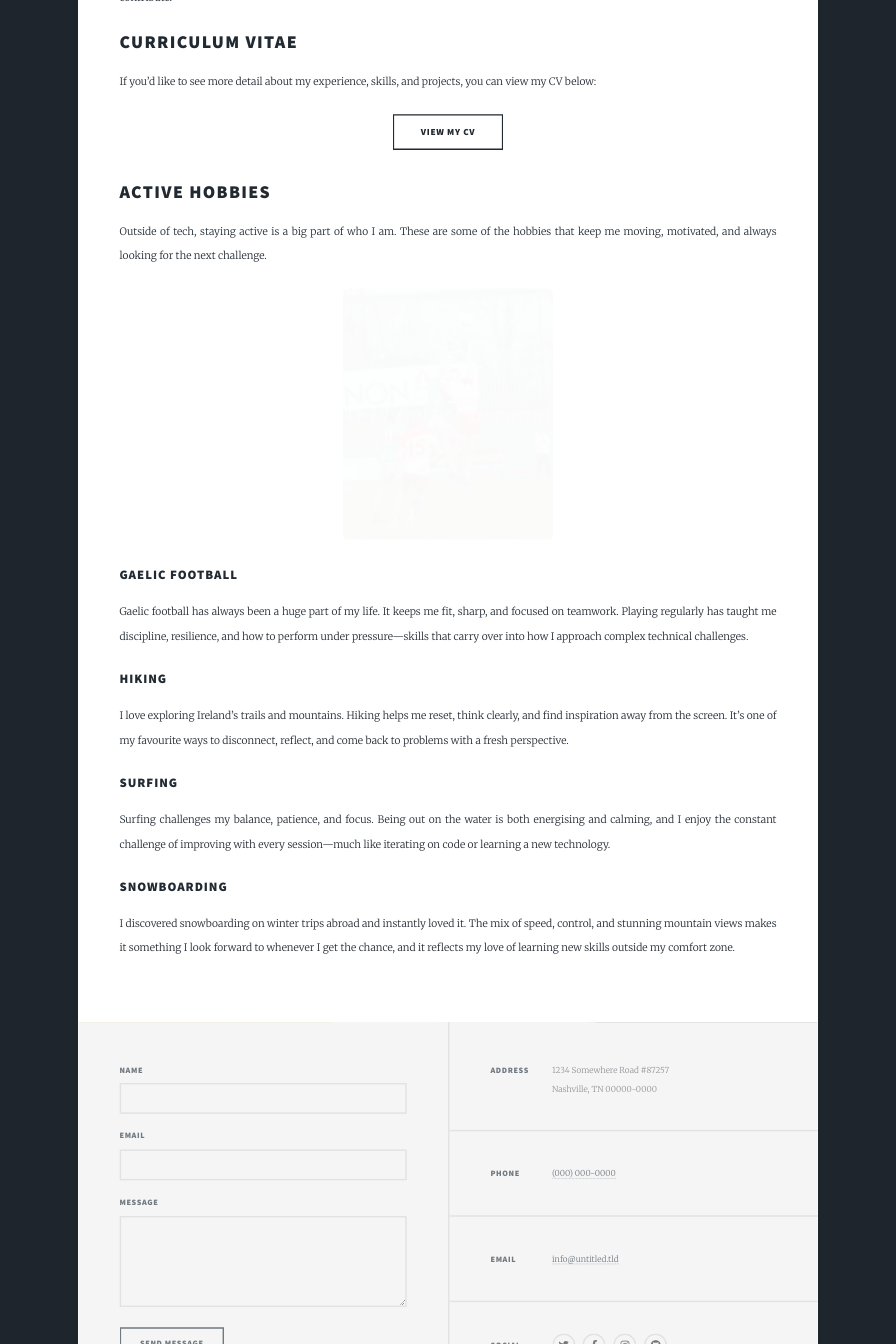
Repository: ciaranscan6/PersonalWebsite
Page: about-me.html
The author's editor kept a copy of each file at every save. The page is drawn from the files as they stood at one save, then again after the next save.
The browser window is 1280 px wide. The pictures show the part of the page from y = 1403 to 3323 px (the page is 3537 px tall before and 3213 px after), at 70% of full size.

Above is the page before, as saved 2025-11-22 02:07:05.

### about-me.html
<!DOCTYPE HTML>
<!--
	Massively by HTML5 UP
	html5up.net | @ajlkn
	Free for personal and commercial use under the CCA 3.0 license (html5up.net/license)
-->
<html>
	<head>
		<title>About Me</title>
		<meta charset="utf-8" />
		<meta name="viewport" content="width=device-width, initial-scale=1, user-scalable=no" />
		<link rel="stylesheet" href="assets/css/main.css" />
		<noscript><link rel="stylesheet" href="assets/css/noscript.css" /></noscript>

		<!-- Small custom styles for the hobbies section -->
		<style>
			/* Existing custom styles (if any) can stay above or below */

			.hobbies {
				margin-top: 3rem;
			}

			.hobby-rotator-wrapper {
				max-width: 300px;     /* control size here */
				margin: 0 auto 2rem;  /* center + space under */
			}

			.hobby-rotator-wrapper img {
				width: 100%;
				border-radius: 0.5rem;
			}

			/* Fade animation */
			#hobby-rotator {
				opacity: 1;
				transition: opacity 0.5s ease;
			}

			#hobby-rotator.fade-out {
				opacity: 0;
			}
		</style>

	</head>
	<body class="is-preload">

		<!-- Wrapper -->
			<div id="wrapper">

				<!-- Header -->
					<header id="header">
						<a href="index.html" class="logo">Ciarán Scanlon</a>
					</header>

				<!-- Nav -->
					<nav id="nav">
						<ul class="links">
							<li><a href="index.html">Projects</a></li>
							<li class="active"><a href="about-me.html">About Me</a></li>
							<li><a href="elements.html">Elements Reference</a></li>
						</ul>
						<ul class="icons">
							<li><a href="#" class="icon brands fa-linkedin"><span class="label">LinkedIn</span></a></li>
							<li><a href="#" class="icon brands fa-facebook-f"><span class="label">Facebook</span></a></li>
							<li><a href="#" class="icon brands fa-instagram"><span class="label">Instagram</span></a></li>
							<li><a href="#" class="icon brands fa-github"><span class="label">GitHub</span></a></li>
						</ul>
					</nav>

				<!-- Main -->
					<div id="main">

						<!-- Post -->
							<section class="post">
								<header class="major">
									<span class="date">November 21, 2025</span>
									<h1>A Bit About Me</h1>
									<p>
										I’m a 23-year-old Computer Science graduate from University College Dublin, originally from Longford, Ireland.
										I’m outgoing, adventurous, and love solving real-world problems with technology.
									</p>
								</header>

								<!-- Main portrait / banner image -->
								<div class="image main">
									<img src="images/pic01.jpg" alt="Photo of Ciarán Scanlon" />
								</div>

								<!-- About Me Content -->
								<p>
									I studied Computer Science at <strong>University College Dublin (UCD)</strong>, where I developed a strong foundation in
									software development, problem solving, and working with others on challenging projects. I’m particularly interested in
									<strong>cybersecurity</strong>, <strong>sustainability</strong>, and building software that can make a meaningful difference
									to people and the planet.
								</p>

								<p>
									I enjoy working on projects where I can learn quickly, think creatively, and collaborate with others. Whether it’s
									designing secure systems, improving user experiences, or experimenting with new technologies, I’m always looking for
									opportunities to grow and contribute.
								</p>

								<!-- CV Button -->
								<section>
									<h2>Curriculum Vitae</h2>
									<p>
										If you’d like to see more detail about my experience, skills, and projects, you can view my CV below:
									</p>
									<ul class="actions special">
										<li>
											<a href="files\Ciarán_Scanlon_CV.pdf" target="_blank" class="button large">
												View My CV
											</a>
										</li>
									</ul>
								</section>

								<!-- Hobbies: Four mini slideshows -->
								<section class="hobbies">
									<h2>Active Hobbies</h2>
									<p>
										Outside of tech, staying active is a big part of who I am. These are some of the hobbies that keep me moving,
										motivated, and always looking for the next challenge.
									</p>

									<!-- Single rotating image, smaller and centered -->
									<div class="hobby-rotator-wrapper">
										<span class="image fit">
											<img id="hobby-rotator" src="images/hobbies/gaelic1.png" alt="Hobby slideshow" />
										</span>
									</div>

									<!-- Hobby descriptions (static text) -->
									<article class="hobby">
										<h3>Gaelic Football</h3>
										<p>
											Gaelic football has always been a huge part of my life. It keeps me fit, sharp, and focused on teamwork. Playing
											regularly has taught me discipline, resilience, and how to perform under pressure—skills that carry over into how
											I approach complex technical challenges.
										</p>
									</article>

									<article class="hobby">
										<h3>Hiking</h3>
										<p>
											I love exploring Ireland’s trails and mountains. Hiking helps me reset, think clearly, and find inspiration away
											from the screen. It’s one of my favourite ways to disconnect, reflect, and come back to problems with a fresh
											perspective.
										</p>
									</article>

									<article class="hobby">
										<h3>Surfing</h3>
										<p>
											Surfing challenges my balance, patience, and focus. Being out on the water is both energising and calming, and I
											enjoy the constant challenge of improving with every session—much like iterating on code or learning a new
											technology.
										</p>
									</article>

									<article class="hobby">
										<h3>Snowboarding</h3>
										<p>
											I discovered snowboarding on winter trips abroad and instantly loved it. The mix of speed, control, and stunning
											mountain views makes it something I look forward to whenever I get the chance, and it reflects my love of
											learning new skills outside my comfort zone.
										</p>
									</article>
								</section>

							</section>

					</div>

				<!-- Footer -->
					<footer id="footer">
						<section>
							<form method="post" action="#">
								<div class="fields">
									<div class="field">
										<label for="name">Name</label>
										<input type="text" name="name" id="name" />
									</div>
									<div class="field">
										<label for="email">Email</label>
										<input type="text" name="email" id="email" />
									</div>
									<div class="field">
										<label for="message">Message</label>
										<textarea name="message" id="message" rows="3"></textarea>
									</div>
								</div>
								<ul class="actions">
									<li><input type="submit" value="Send Message" /></li>
								</ul>
							</form>
						</section>
						<section class="split contact">
							<section class="alt">
								<h3>Address</h3>
								<p>1234 Somewhere Road #87257<br />
								Nashville, TN 00000-0000</p>
							</section>
							<section>
								<h3>Phone</h3>
								<p><a href="#">(000) 000-0000</a></p>
							</section>
							<section>
								<h3>Email</h3>
								<p><a href="#">info@untitled.tld</a></p>
							</section>
							<section>
								<h3>Social</h3>
								<ul class="icons alt">
									<li><a href="#" class="icon brands alt fa-twitter"><span class="label">Twitter</span></a></li>
									<li><a href="#" class="icon brands alt fa-facebook-f"><span class="label">Facebook</span></a></li>
									<li><a href="#" class="icon brands alt fa-instagram"><span class="label">Instagram</span></a></li>
									<li><a href="#" class="icon brands alt fa-github"><span class="label">GitHub</span></a></li>
								</ul>
							</section>
						</section>
					</footer>

				<!-- Copyright -->
					<div id="copyright">
						<ul><li>&copy; Untitled</li><li>Design: <a href="https://html5up.net">HTML5 UP</a></li></ul>
					</div>

			</div>

		<!-- Scripts -->
			<script src="assets/js/jquery.min.js"></script>
			<script src="assets/js/jquery.scrollex.min.js"></script>
			<script src="assets/js/jquery.scrolly.min.js"></script>
			<script src="assets/js/browser.min.js"></script>
			<script src="assets/js/breakpoints.min.js"></script>
			<script src="assets/js/util.js"></script>
			<script src="assets/js/main.js"></script>

			<!-- JS: mini-slideshows for each hobby -->
			<script>
				document.addEventListener('DOMContentLoaded', function () {
					const imgElement = document.getElementById("hobby-rotator");
					if (!imgElement) return; // safety check

					const images = [
						"images/hobbies/gaelic1.png",
						"images/hobbies/gaelic2.jpg",
						"images/hobbies/hiking1.jpg",
						"images/hobbies/hiking2.jpg",
						"images/hobbies/surf1.jpg",
						"images/hobbies/surf2.jpg",
						"images/hobbies/snow1.jpg",
						"images/hobbies/snow2.jpg"
					];

					let current = 0;

					function rotateImages() {
						// apply fade-out
						imgElement.classList.add("fade-out");

						setTimeout(() => {
							// move to next image
							current = (current + 1) % images.length;
							imgElement.src = images[current];
							// remove fade-out to fade back in
							imgElement.classList.remove("fade-out");
						}, 500); // match the CSS transition time
					}

					// Start rotating every 3 seconds
					setInterval(rotateImages, 6000);
				});
			</script>



	</body>
</html>

Loaded but not shown: assets/js/jquery.min.js (library); assets/js/jquery.scrollex.min.js (common file); assets/js/jquery.scrolly.min.js (common file); assets/js/browser.min.js (common file); assets/js/breakpoints.min.js (common file); assets/css/fontawesome-all.min.css (library); assets/js/util.js (587 lines, source omitted); assets/js/main.js (258 lines, source omitted); assets/css/main.css (4689 lines, source omitted)

After the next save:
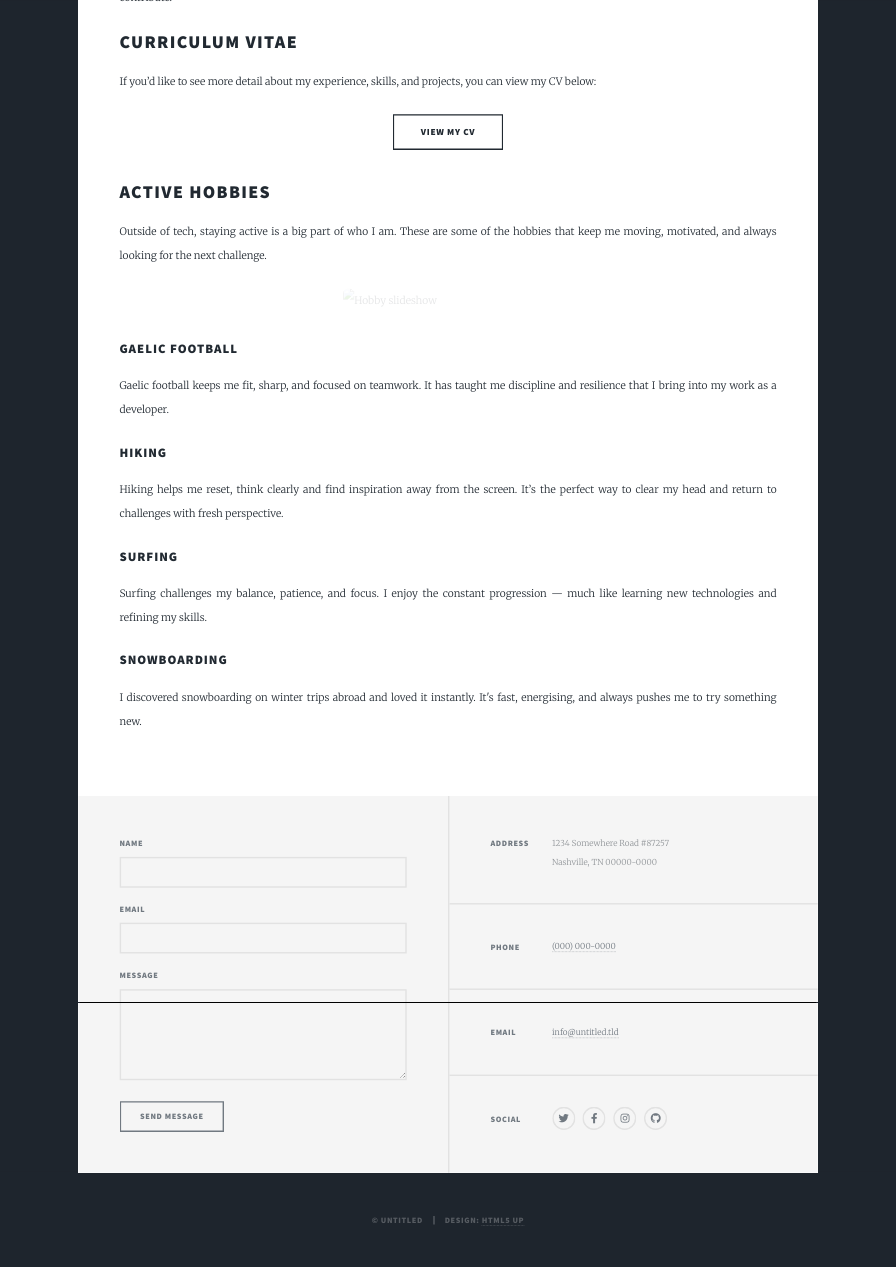
Not found: images/gaelic1.jpg
Saved 10 min 5 s later.
--- a/about-me.html
+++ b/about-me.html
@@ -126,47 +126,48 @@
 									<!-- Single rotating image, smaller and centered -->
 									<div class="hobby-rotator-wrapper">
 										<span class="image fit">
-											<img id="hobby-rotator" src="images/hobbies/gaelic1.png" alt="Hobby slideshow" />
+											<img id="hobby-rotator" src="images/gaelic1.jpg" alt="Hobby slideshow" />
 										</span>
 									</div>
 
-									<!-- Hobby descriptions (static text) -->
-									<article class="hobby">
-										<h3>Gaelic Football</h3>
-										<p>
-											Gaelic football has always been a huge part of my life. It keeps me fit, sharp, and focused on teamwork. Playing
-											regularly has taught me discipline, resilience, and how to perform under pressure—skills that carry over into how
-											I approach complex technical challenges.
-										</p>
-									</article>
-
-									<article class="hobby">
-										<h3>Hiking</h3>
-										<p>
-											I love exploring Ireland’s trails and mountains. Hiking helps me reset, think clearly, and find inspiration away
-											from the screen. It’s one of my favourite ways to disconnect, reflect, and come back to problems with a fresh
-											perspective.
-										</p>
-									</article>
-
-									<article class="hobby">
-										<h3>Surfing</h3>
-										<p>
-											Surfing challenges my balance, patience, and focus. Being out on the water is both energising and calming, and I
-											enjoy the constant challenge of improving with every session—much like iterating on code or learning a new
-											technology.
-										</p>
-									</article>
-
-									<article class="hobby">
-										<h3>Snowboarding</h3>
-										<p>
-											I discovered snowboarding on winter trips abroad and instantly loved it. The mix of speed, control, and stunning
-											mountain views makes it something I look forward to whenever I get the chance, and it reflects my love of
-											learning new skills outside my comfort zone.
-										</p>
-									</article>
+									<!-- 2×2 grid of hobby descriptions -->
+									<div class="hobby-grid">
+
+										<div class="hobby-card">
+											<h3>Gaelic Football</h3>
+											<p>
+												Gaelic football keeps me fit, sharp, and focused on teamwork. It has taught me discipline and resilience that
+												I bring into my work as a developer.
+											</p>
+										</div>
+
+										<div class="hobby-card">
+											<h3>Hiking</h3>
+											<p>
+												Hiking helps me reset, think clearly and find inspiration away from the screen. It’s the perfect way to
+												clear my head and return to challenges with fresh perspective.
+											</p>
+										</div>
+
+										<div class="hobby-card">
+											<h3>Surfing</h3>
+											<p>
+												Surfing challenges my balance, patience, and focus. I enjoy the constant progression — much like learning new
+												technologies and refining my skills.
+											</p>
+										</div>
+
+										<div class="hobby-card">
+											<h3>Snowboarding</h3>
+											<p>
+												I discovered snowboarding on winter trips abroad and loved it instantly. It's fast, energising, and always
+												pushes me to try something new.
+											</p>
+										</div>
+
+									</div>
 								</section>
+
 
 							</section>
 

After the save that followed:
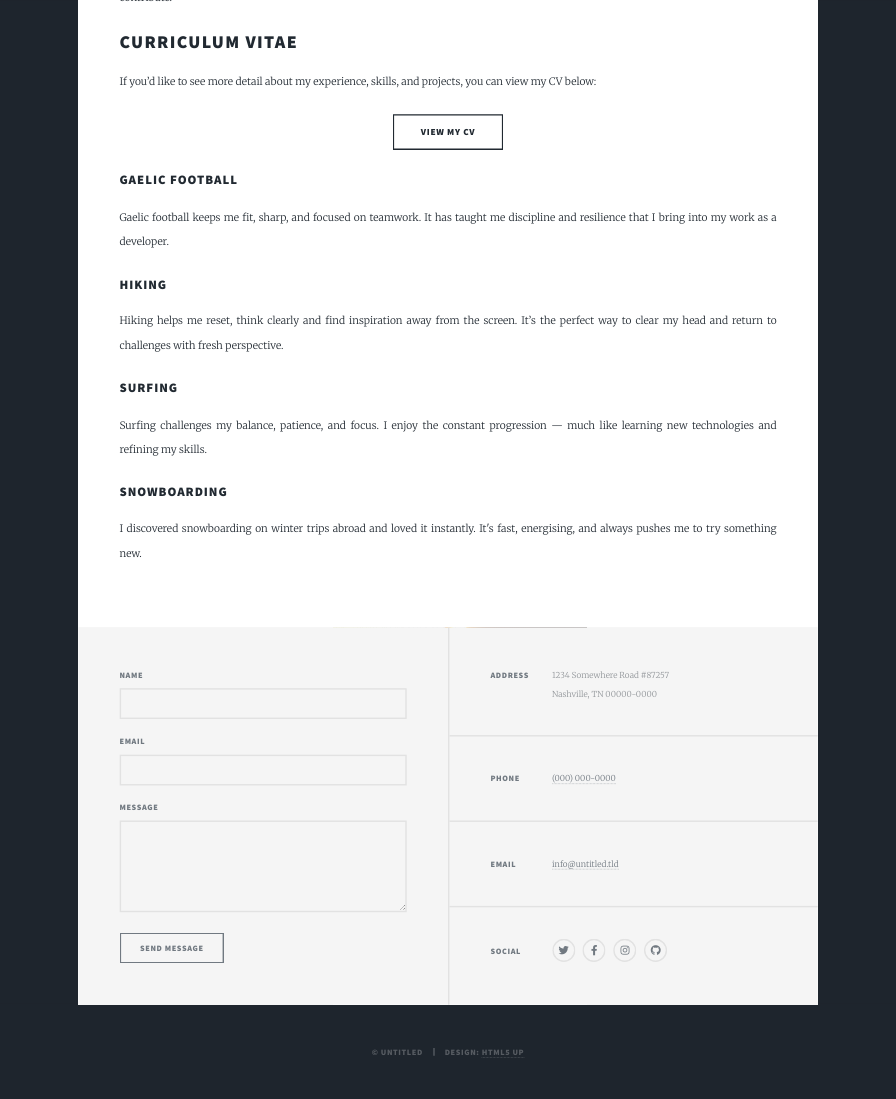
Saved 5 min 18 s later.
--- a/about-me.html
+++ b/about-me.html
@@ -116,58 +116,41 @@
 								</section>
 
 								<!-- Hobbies: Four mini slideshows -->
-								<section class="hobbies">
-									<h2>Active Hobbies</h2>
-									<p>
-										Outside of tech, staying active is a big part of who I am. These are some of the hobbies that keep me moving,
-										motivated, and always looking for the next challenge.
-									</p>
-
-									<!-- Single rotating image, smaller and centered -->
-									<div class="hobby-rotator-wrapper">
-										<span class="image fit">
-											<img id="hobby-rotator" src="images/gaelic1.jpg" alt="Hobby slideshow" />
-										</span>
-									</div>
-
-									<!-- 2×2 grid of hobby descriptions -->
-									<div class="hobby-grid">
-
-										<div class="hobby-card">
-											<h3>Gaelic Football</h3>
-											<p>
-												Gaelic football keeps me fit, sharp, and focused on teamwork. It has taught me discipline and resilience that
-												I bring into my work as a developer.
-											</p>
-										</div>
-
-										<div class="hobby-card">
-											<h3>Hiking</h3>
-											<p>
-												Hiking helps me reset, think clearly and find inspiration away from the screen. It’s the perfect way to
-												clear my head and return to challenges with fresh perspective.
-											</p>
-										</div>
-
-										<div class="hobby-card">
-											<h3>Surfing</h3>
-											<p>
-												Surfing challenges my balance, patience, and focus. I enjoy the constant progression — much like learning new
-												technologies and refining my skills.
-											</p>
-										</div>
-
-										<div class="hobby-card">
-											<h3>Snowboarding</h3>
-											<p>
-												I discovered snowboarding on winter trips abroad and loved it instantly. It's fast, energising, and always
-												pushes me to try something new.
-											</p>
-										</div>
-
-									</div>
-								</section>
-
+								<div class="hobby-grid">
+
+									<div class="hobby-card">
+										<h3>Gaelic Football</h3>
+										<p>
+											Gaelic football keeps me fit, sharp, and focused on teamwork. It has taught me discipline and resilience that
+											I bring into my work as a developer.
+										</p>
+									</div>
+
+									<div class="hobby-card">
+										<h3>Hiking</h3>
+										<p>
+											Hiking helps me reset, think clearly and find inspiration away from the screen. It’s the perfect way to
+											clear my head and return to challenges with fresh perspective.
+										</p>
+									</div>
+
+									<div class="hobby-card">
+										<h3>Surfing</h3>
+										<p>
+											Surfing challenges my balance, patience, and focus. I enjoy the constant progression — much like learning new
+											technologies and refining my skills.
+										</p>
+									</div>
+
+									<div class="hobby-card">
+										<h3>Snowboarding</h3>
+										<p>
+											I discovered snowboarding on winter trips abroad and loved it instantly. It's fast, energising, and always
+											pushes me to try something new.
+										</p>
+									</div>
+
+								</div>
 
 							</section>
 
